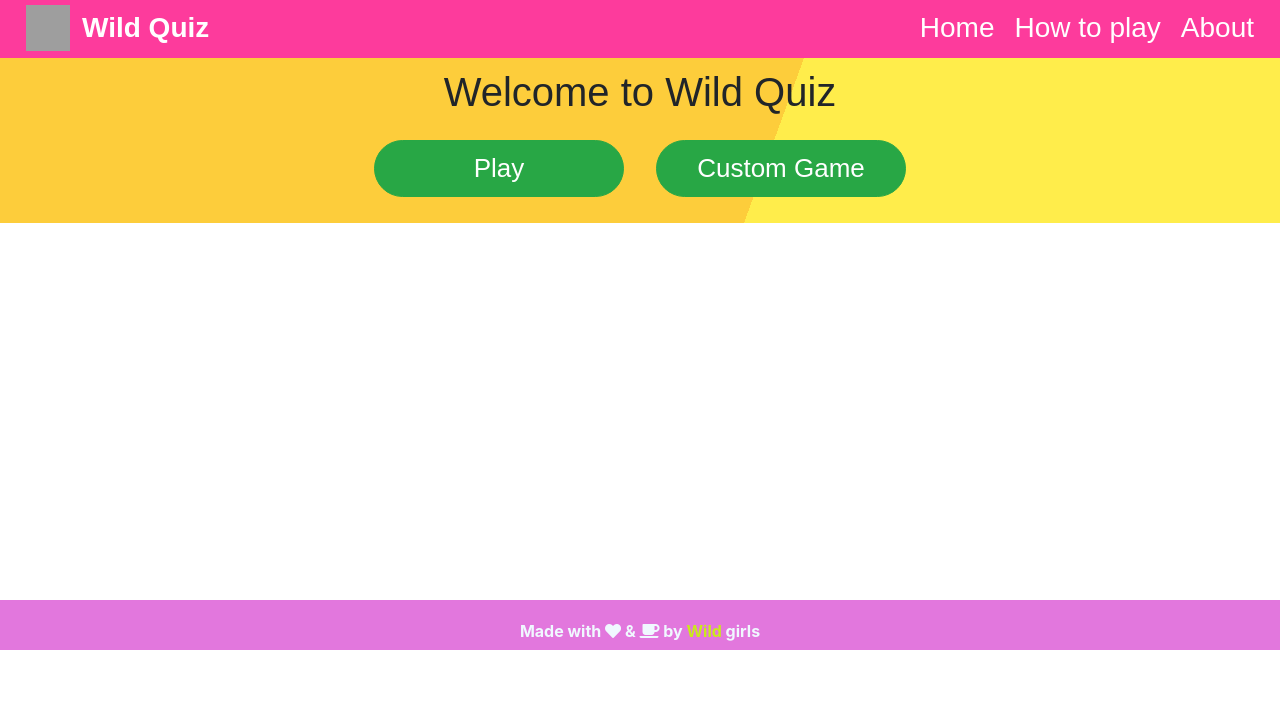
Repository: jenna1k/wildQuizApp
Page: /
These files come from the project's save history. The page is drawn as it stood at one moment and after a run of saves; the edit follows.
The browser window is 1280 px wide. The pictures show the whole page.
Pictures or frames that could not be fetched are drawn as grey boxes. The page's requests for data from a server got no answer. Some web fonts or font styles are not loaded; a fallback is used. Some web libraries are served in a nearby version. The project was rebuilt for these pictures with package versions that can differ from the ones it lists, and the page was loaded fresh each time. No one was signed in, and anything a server would have sent is missing. Also part of the build but not shown: src/App.css, src/components/game/GameBox.css, src/components/game/Question.js, src/components/game/Answers.js, src/components/game/ProgressBar.js, src/components/game/GameBox.js, src/components/game/SelectCategory.css, src/components/game/SelectCategory.js and 10 more.

Above is the page before, as saved 2019-05-14 15:14:33.

After the next 2 saves:
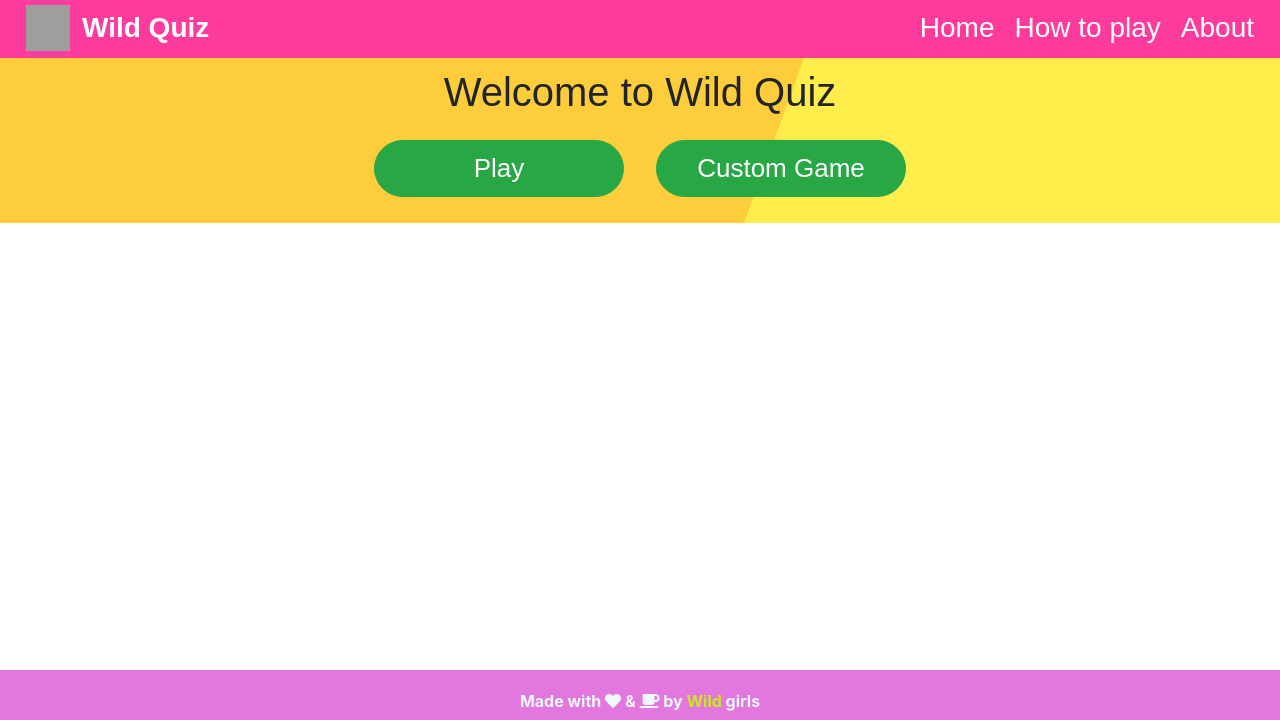
The 2 saves are shown as one change because they came seconds apart.
The last was saved 3 min 39 s later.
--- a/src/index.css
+++ b/src/index.css
@@ -30,10 +30,9 @@
   height:100%;
 }
 .content {
-  min-height: calc(100vh - 70px) !important;
+  min-height: calc(100vh - 50px);
 }
 
 .footer {
   height: 50px;
-  margin-top: -50px;
 }
